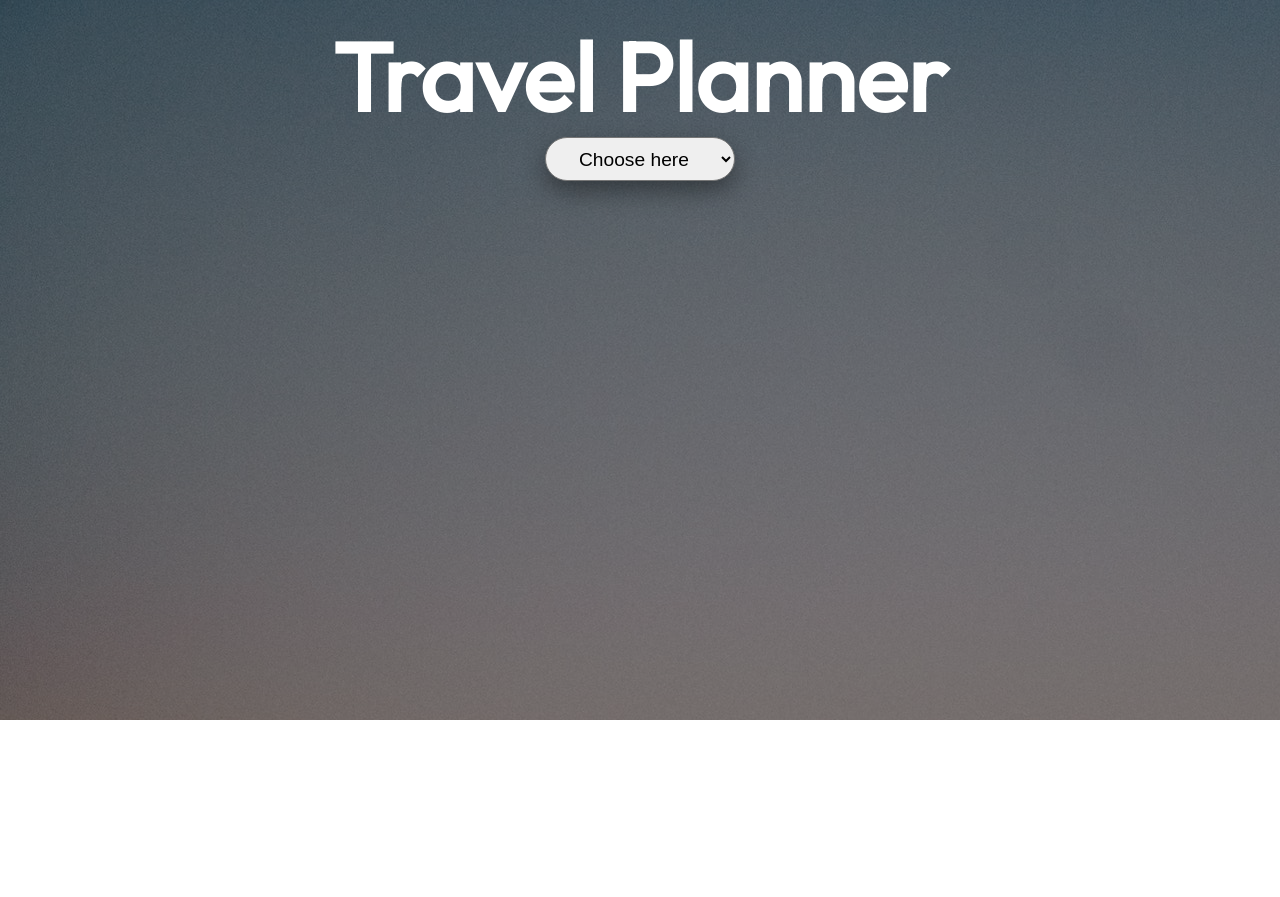
Repository: CPSC2720-LAB-GRP/Travel-Planner
Page: / (app in Travel Planner/client/)
An editor plug-in stored every save of this project. The page is shown before and after the next save, followed by the edit.
The browser window is 1280 px wide. The pictures show the whole page.
The page's requests for data from a server got no answer. The project was rebuilt for these pictures with package versions that can differ from the ones it lists, and the page was loaded fresh each time. No one was signed in, and anything a server would have sent is missing.

Above is the page before, as saved 2022-08-01 15:54:46.

After the next save:
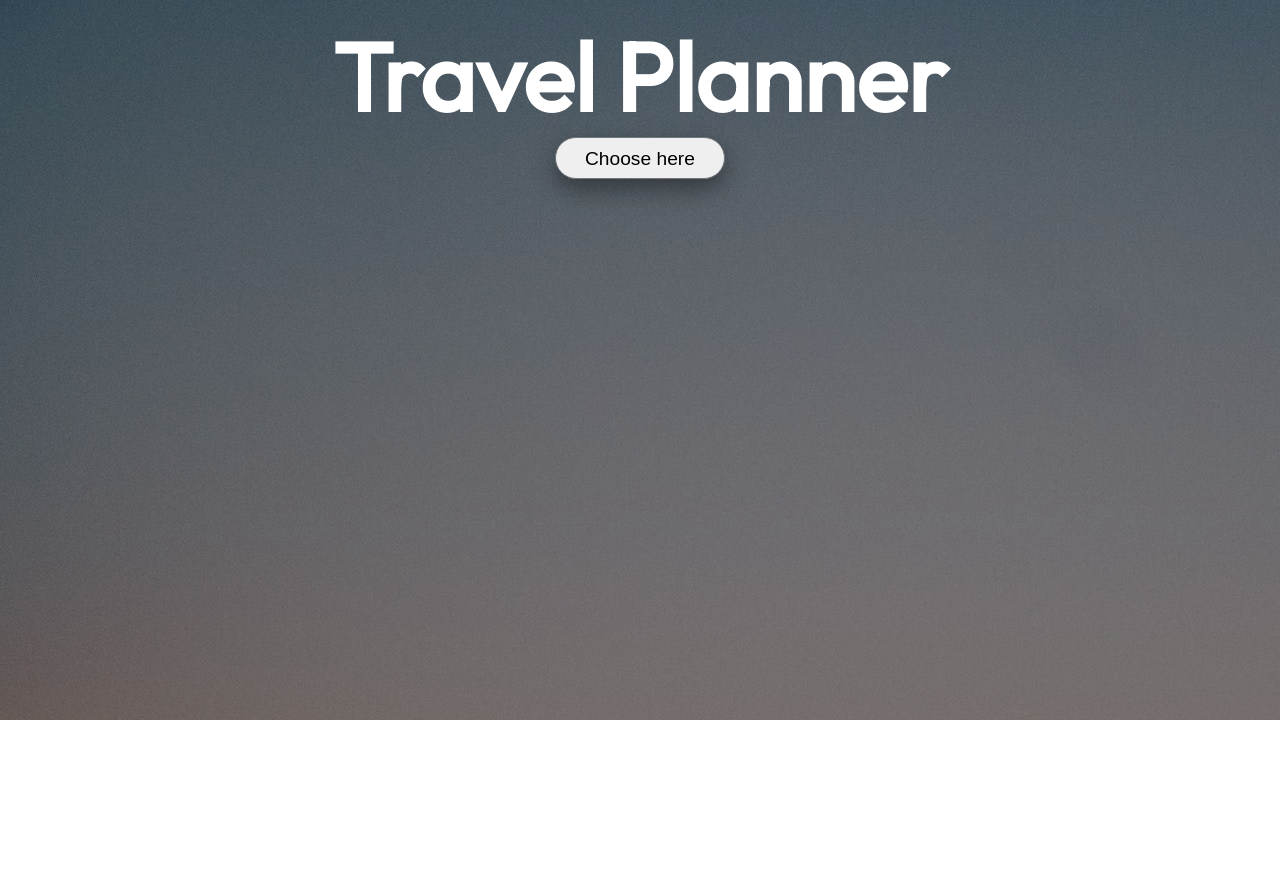
Saved 70 s later.
--- a/Travel Planner/client/src/index.css
+++ b/Travel Planner/client/src/index.css
@@ -60,6 +60,7 @@ select {
   font-size: 1.2rem;
   padding: 0.5em 1.5em;
   border-radius: 25px;
+  appearance: none;
 }
 
 .app input {
